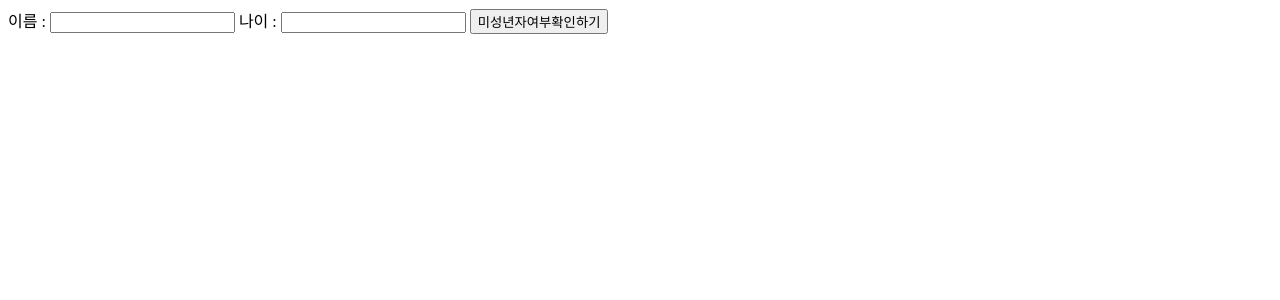
Repository: sun2898/JSP
Page: http://localhost/JSPBasic/response/res_ex01.jsp
These files come from the project's save history. The page is drawn as it stood at one moment and after the next save; the edit follows.
The browser window is 1280 px wide. The pictures show the whole page.
The page is served by Tomcat 9. Nobody is signed in. The application's start-up code is not run.

Above is the page before, as saved 2023-06-02 05:42:10.

After the next save:
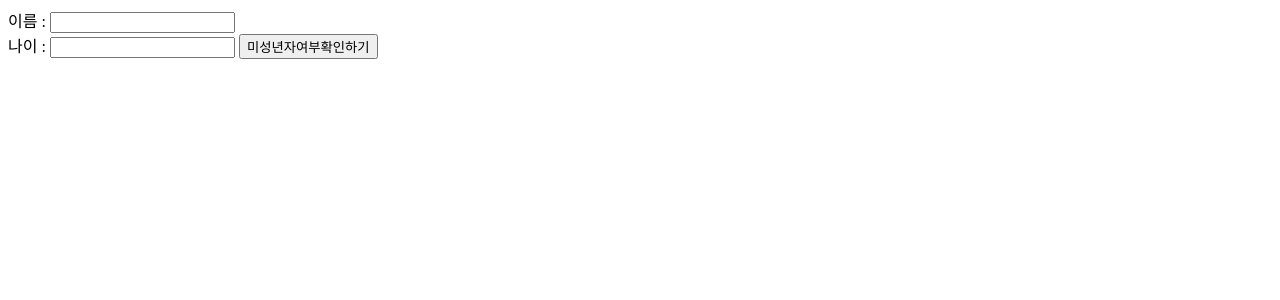
Saved 13 s later.
--- a/JSPBasic/src/main/webapp/response/res_ex01.jsp
+++ b/JSPBasic/src/main/webapp/response/res_ex01.jsp
@@ -9,7 +9,7 @@
 <body>
 
 	<form action = "res_ex01_result.jsp" method = "post">
-		이름 : <input type = "text" name = "name" />
+		이름 : <input type = "text" name = "name" /><br/>
 		나이 : <input type = "number" name = "age" />
 
 		<input type = "submit" value = "미성년자여부확인하기"/>
